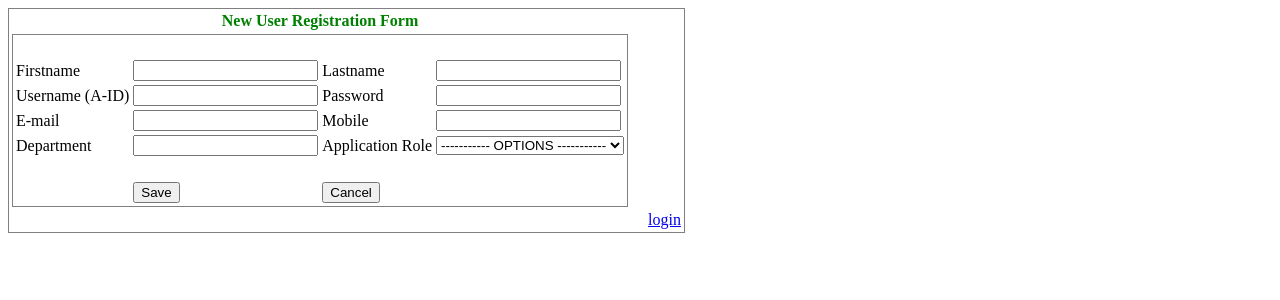
Repository: guribrar/enrolmentapp
Page: http://localhost/enrolmentapp/newuser.jsp
An editor plug-in stored every save of this project. The page is shown before and after the next save, followed by the edit.
The browser window is 1280 px wide. The pictures show the whole page.
The page is served by Tomcat 9. Queries for data that is not in the repository find no rows.

Above is the page before, as saved 2016-12-31 14:09:45.

After the next save:
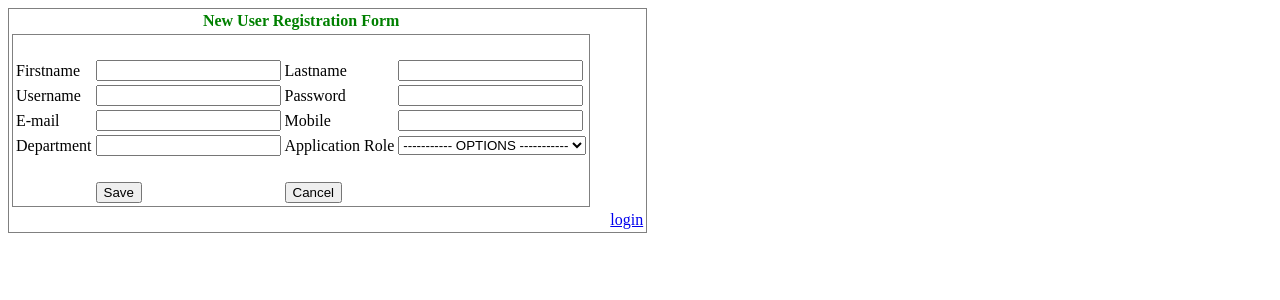
Saved 37 s later.
--- a/enrolmentapp/WebContent/newuser.jsp
+++ b/enrolmentapp/WebContent/newuser.jsp
@@ -36,7 +36,7 @@
 					<td><input type="text" name="lastname" value="" /></td>
 				</tr>
 				<tr>
-					<td>Username (A-ID)</td>
+					<td>Username</td>
 					<td><input type="text" name="username" value="" /></td>
 					<td>Password</td>
 					<td><input type="password" name="password" value="" /></td>
